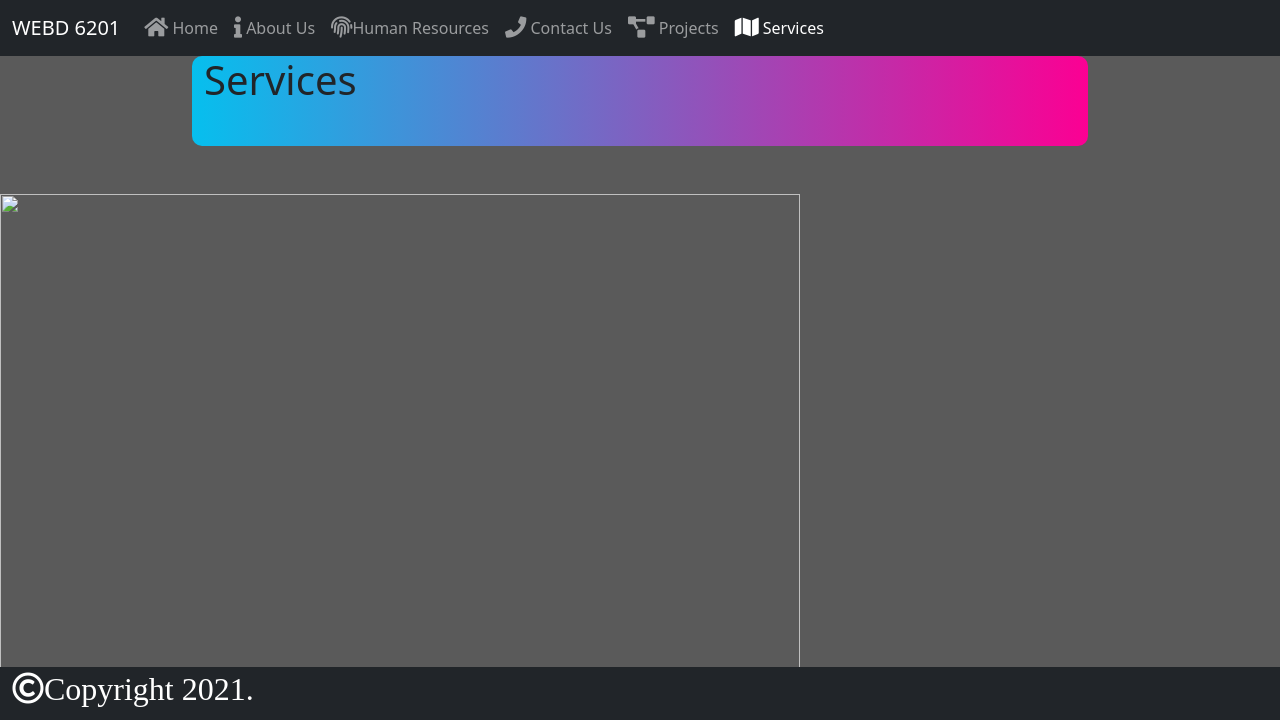
Repository: vans12345678/WEBD6201-W2021-Lab1
Page: services.html
These files come from the project's save history. The page is drawn as it stood at one moment and after the next save; the edit follows.
The browser window is 1280 px wide. The pictures show the whole page.

Above is the page before, as saved 2021-01-31 18:04:29.
Console error: TypeError: Cannot set properties of null (setting 'textContent')
Not found: images/s1.PNG

### services.html
<!DOCTYPE html>
<html lang="en">
<head>
    <meta charset="UTF-8">
    <meta name="viewport" content="width=device-width, initial-scale=1.0">
    <title>Services</title>

    <!-- CSS Section -->
    <link rel="stylesheet" href="./node_modules/bootstrap/dist/css/bootstrap.min.css">
    <link rel="stylesheet" href="./node_modules/@fortawesome/fontawesome-free/css/all.min.css">
    <link rel="stylesheet" href="./Content/app.css">
</head>
<body>
  <!-- Main Header -->
    <header>
      <!-- Main Navigation -->
        <nav class="navbar navbar-expand-lg navbar-dark bg-dark">
            <div class="container-fluid">
              <a class="navbar-brand" href="index.html">WEBD 6201</a>
              <button class="navbar-toggler" type="button" data-bs-toggle="collapse" data-bs-target="#navbarSupportedContent" aria-controls="navbarSupportedContent" aria-expanded="false" aria-label="Toggle navigation">
                <span class="navbar-toggler-icon"></span>
              </button>
              <div class="collapse navbar-collapse" id="navbarSupportedContent">
                <ul class="navbar-nav me-auto mb-2 mb-lg-0">
                  <li class="nav-item">
                    <a class="nav-link" aria-current="page" href="index.html"><i class="fas fa-home fa-lg"></i> Home</a>
                  </li>
                  <li class="nav-item">
                    <a class="nav-link" aria-current="page" href="about.html"><i class="fas fa-info fa-lg"></i> About Us</a>
                  </li>
                  <li class="nav-item">
                    <a class="nav-link" aria-current="page" href="human-resources.html"><i class="fas fa-fingerprint fa-lg"></i>Human Resources</a>
                  </li>
                  <li class="nav-item">
                    <a class="nav-link" aria-current="page" href="contact.html"><i class="fas fa-phone fa-lg"></i> Contact Us</a>
                  </li>
                  <li class="nav-item">
                    <a class="nav-link" aria-current="page" href="projects.html"><i class="fas fa-project-diagram fa-lg"></i> Projects</a>
                  </li>
                  <li class="nav-item">
                    <a class="nav-link active" aria-current="page" href="services.html"><i class="fas fa-map fa-lg"></i> Services</a>
                  </li>
                </ul>
              </div>
            </div>
          </nav>
    </header>
  <!-- Main Contents -->
    <main>
        <h1 class = "container">Services</h1>
        <h1 id="s1"></h1>
        </br>
        <p id="s1Description" class = "fa-lg"></p>
        <img src="../images/s1.PNG" alt="" style="width:800px;height:500px;">
        </br>
    </main>
    <!-- Main Footer -->
    <footer>
      <nav class="navbar fixed-bottom navbar-dark bg-dark">
          <div class="container-fluid">
              <h4><i class="far fa-copyright fa-lg site-footer">Copyright 2021.</i></h4>
          </div>
        </nav>
  </footer>
    <!-- Script Section -->
    <script src="./node_modules/jquery/dist/jquery.min.js"></script>
    <script src="./node_modules/bootstrap/dist/js/bootstrap.bundle.min.js"></script>
    <script src="./Scripts/app.js"></script>
</body>
</html>

### Content/app.css
/* custom css goes here */
.Vapor {
    background-image: url('../images/vapor.jpg');
    background-repeat: no-repeat;
    background-attachment: fixed;
    background-size: 100% 100%;
  }
  body
  {
    background-color: rgb(90, 90, 90);
  }
  h1.container{
    border-radius: 10px;
    width: 70%;
    height: 90px;
    margin: 0px auto;
    background: linear-gradient(90deg,#06bfee,#fb0093)
  }
  h1.projects{
    background-color: white;
  }
  .contact-table{
    width: 100%;
    margin:  50px auto;
    background-color: white;
  }
  .contact-form
  {
    width: 100%;
    margin:  100px auto;
  }
  .warnMessage
  {
    width: 90%;
    margin:  50px;
  }
  .site-footer {
    color:white;
  }

### Scripts/app.js
/************************************************************
 * Name: Andre Agrippa, Michai Pryce
 * Date: 01/20/2021
 * Description: This file adds functionality to the Home,
 * About Us, Human Resources, Contact Us, Projects and Services
 * pages.
 */

"use strict";


(function(){

    function displayHome()
    {

        let introText = "This is a simple site to demonstrate the specified requirements for Lab 1 WEBD 6201 - Client Side Scripting";
        let introTextElement = document.getElementById("introParagraph");

        introTextElement.textContent = introText;
        introTextElement.className = "fs-5 fw-bold text-center";

        mainContent.innerHTML =
        `<h1 id = "firstHeading">Welcome to WEBD6201 - Lab 1</h1>
        <p id = "paragraphOne" class = "fs-3 fw-bold">This is my first paragraph</p>
        `;

    }
    function displayAbout()
    {
        let andreHeader = "Andre Agrippa:";
        let andreText = "I'm a 2nd year student at Durham College in the Computer Programming and Analysis program.";

        //Projects 1
        let headerElement = document.getElementById("aboutAHeader").textContent = andreHeader;
        let descriptionElement = document.getElementById("aboutAText").textContent = andreText;

        headerElement = document.getElementById("aboutMHeader").textContent = "Michai Header";
        descriptionElement = document.getElementById("aboutMText").textContent = "Michai Description";



    }
    function displayProjects()
    {
        //Define text and id's
        let p1Text = "Project One: COBOL Item List";
        let p2Text = "Project Two: C#, XAML, MDF  Preferred Shares and Common Shares";
        let p3Text = "Project Three: ASP.NET and MVC Framework Animal Shelter";
        let p1Description = "This project reads records from a .dat file, performs calculations on the data" +
        " then outputs it to a .out file neatly formatted.";
        let p2Description = "This project uses XAML for the windows form and a database to keep track of common and preferred shares." +
        " The database keeps track of how many shares(common/preferred) are  available and validation is applied.";
        let p3Description = "This project is a web application that keeps track of animals, owners, appointment and login info in a database." +
        " Relational database concepts are applied.";

        //Projects 1
        let projectsTextElement = document.getElementById("p1").textContent = p1Text;
        let p1DescriptionElement = document.getElementById("p1Description").textContent = p1Description;

        //Projects 2
        projectsTextElement = document.getElementById("p2").textContent = p2Text;
        p1DescriptionElement = document.getElementById("p2Description").textContent = p2Description;
        //Projects 3
        projectsTextElement = document.getElementById("p3").textContent = p3Text;
        p1DescriptionElement = document.getElementById("p3Description").textContent = p3Description;


        //Assign styles



    }
    function displayServices()
    {
        let s1Header = "Andre Agrippa:";
        let s1Text = "I'm a 2nd year student at Durham College in the Computer Programming and Analysis program.";

        //Services 1
        let headerElement = document.getElementById("s1Header").textContent = s1Header;
        let descriptionElement = document.getElementById("s1Description").textContent = s1Text;


    }
    function displayContact()
    {

        let messageArea = document.getElementById("messageArea");
        messageArea.hidden = true;

        //form validation
        let fullName = document.getElementById("fullName");
        fullName.addEventListener("blur", function()
        {
            if(fullName.value.length < 2)
            {
                fullName.focus();
                fullName.select();
                messageArea.hidden = false;
                messageArea.className = "alert alert-danger warnMessage";
                messageArea.textContent = "Please enter an appropriate name > 2 characters";
            }
            else
            {
                messageArea.removeAttribute("class");
                messageArea.hidden = true;
            }
        });
            let sendButton = document.getElementById("sendButton");
            sendButton.addEventListener("click", function(event)
            {
                //event.preventDefault();
                // //Displays twice?

                let contact = new Contact(fullName.value,contactNumber.value, emailAddress.value, shortMessage.value);

                console.log(contact.serialize());
                if(contact.serialize())
                {
                    localStorage.setItem((localStorage.length + 1).toString(),contact.serialize());
                }
            });
    }
    function displayContactList()
    {
        if(localStorage.length > 0)
        {
            let contactList = document.getElementById("contactList");
            let data = "";

            for (let index = 0; index < localStorage.length; index++)
            {
                let contactData = localStorage.getItem((index + 1).toString());
                let contact = new Contact();

                contact.deserialize(contactData);

                data += `<tr>
                <th scope="row">${index + 1}</th>
                <td>${contact.FullName}</td>
                <td>${contact.ContactNumber}</td>
                <td>${contact.EmailAddress}</td>
                <td>${contact.ShortMessage}</td>
              </tr>`;
            }
            contactList.innerHTML = data;
        }

    }

    function Start()
    {
        console.log("App Started...");

        //Based of title of html
        switch(document.title)
        {
            case "Index":
                displayHome();
                break;
            case "About Us":
                displayAbout();
                break;
            case "Projects":
                displayProjects();
                break;
            case "Services":
                displayServices();
                break;
            case "Contact Us":
                displayContact();
                break;
            case "Contact-List":
                displayContactList();
                break;
        }


    }

    window.addEventListener("load", Start);

})();

Loaded but not shown: node_modules/bootstrap/dist/css/bootstrap.min.css (library); node_modules/@fortawesome/fontawesome-free/css/all.min.css (library); node_modules/jquery/dist/jquery.min.js (library); node_modules/bootstrap/dist/js/bootstrap.bundle.min.js (library)

After the next save:
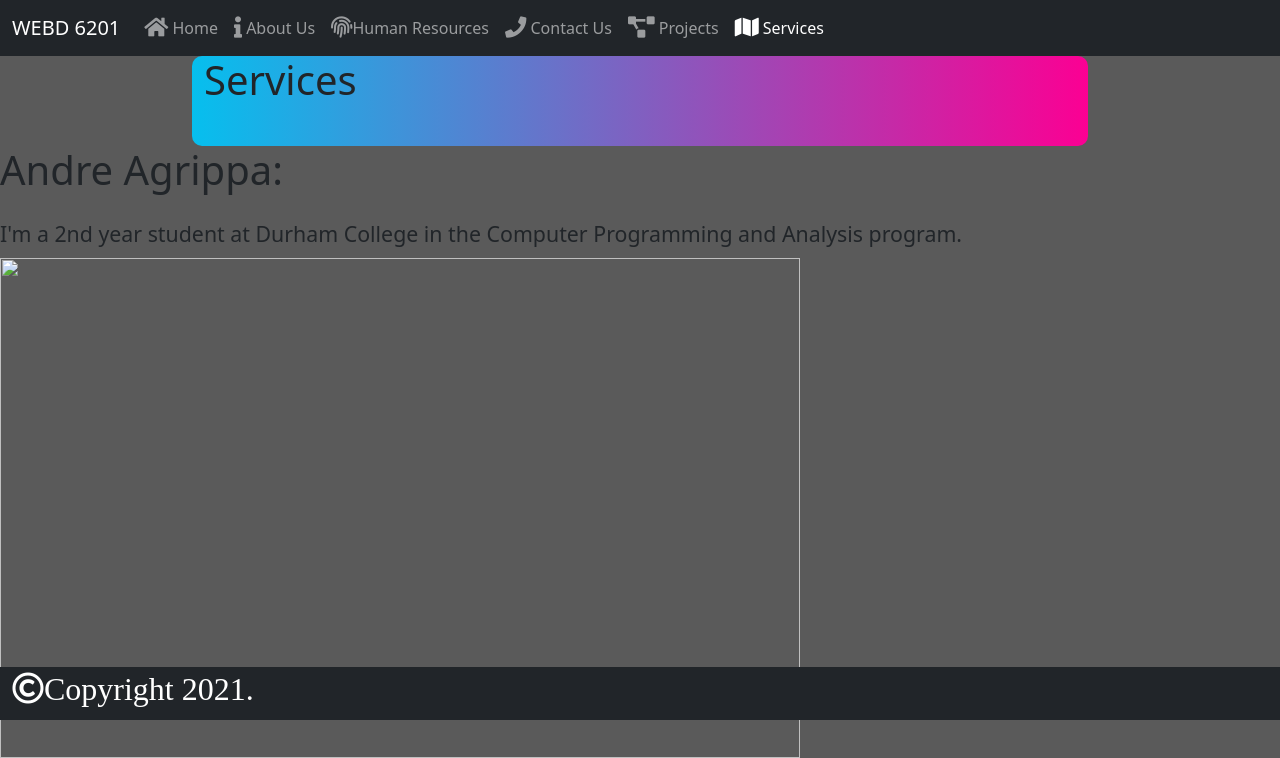
The error is gone.
Saved 24 s later.
--- a/services.html
+++ b/services.html
@@ -48,7 +48,7 @@
   <!-- Main Contents -->
     <main>
         <h1 class = "container">Services</h1>
-        <h1 id="s1"></h1>
+        <h1 id="s1Header"></h1>
         </br>
         <p id="s1Description" class = "fa-lg"></p>
         <img src="../images/s1.PNG" alt="" style="width:800px;height:500px;">
